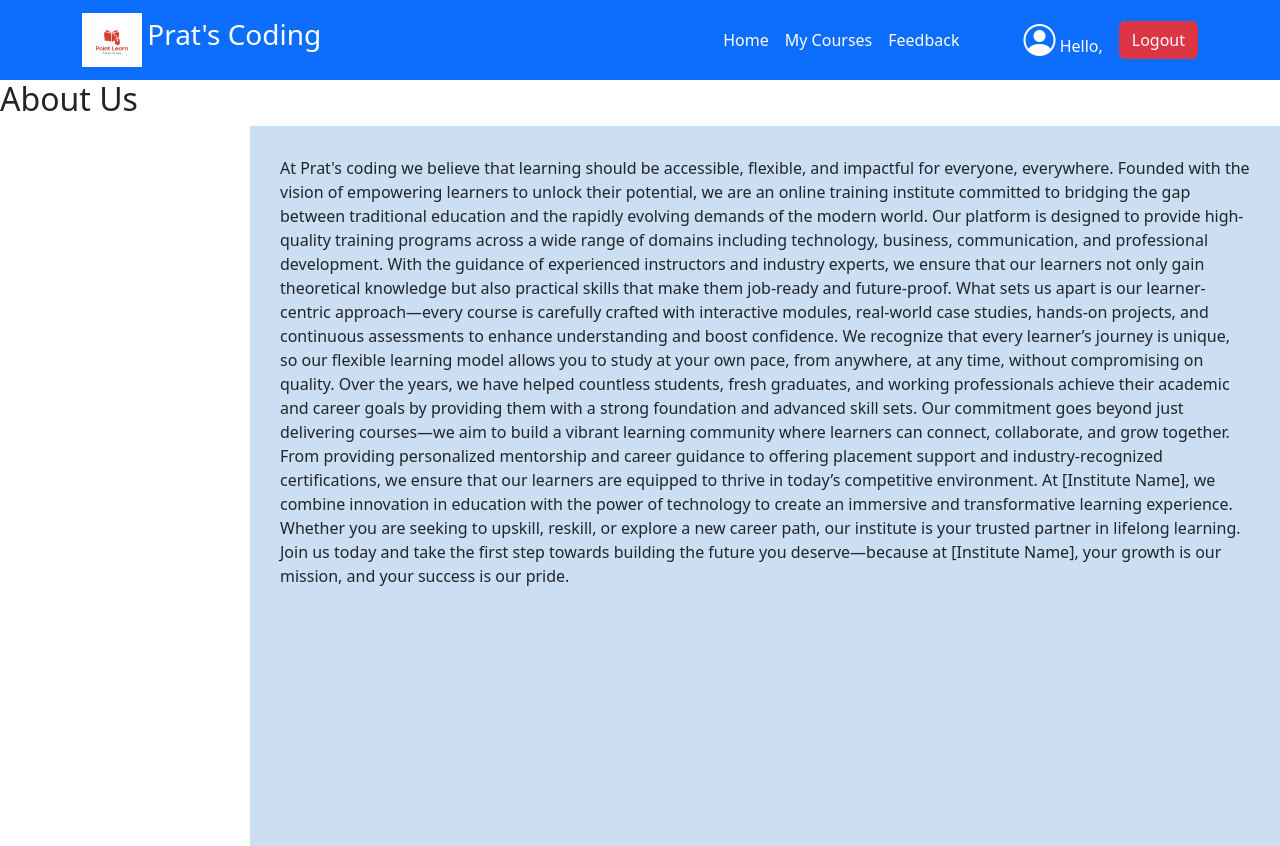
Repository: Pratikshae/OnlineLearningEPlatform
Page: http://localhost/about-us
The author's editor kept a copy of each file at every save. The page is drawn from the files as they stood at one save, then again after the next save.
The browser window is 1280 px wide. The pictures show the whole page.
The page is this project's Thymeleaf template; nobody is signed in. The template is opened directly, without the code that normally fills it, so the values that code supplies are empty.

Above is the page before, as saved 2025-09-22 09:07:48.

### EducationCRMProject/src/main/resources/templates/about-us.html
<!DOCTYPE html>
<html lang="en" xmlns:th="http://www.thymeleaf.org">
<head>
<meta charset="utf-8" />
<meta name="viewport" content="width=device-width, initial-scale=1" />
<title>About Us</title>
<link
	href="https://cdn.jsdelivr.net/npm/bootstrap@5.3.7/dist/css/bootstrap.min.css"
	rel="stylesheet"
	integrity="sha384-LN+7fdVzj6u52u30Kp6M/trliBMCMKTyK833zpbD+pXdCLuTusPj697FH4R/5mcr"
	crossorigin="anonymous" />

<link rel="stylesheet"
	href="https://cdn.jsdelivr.net/npm/bootstrap-icons@1.13.1/font/bootstrap-icons.min.css">
<link rel="stylesheet" th:href="@{/css/style.css}">

</head>
<body>
	<div th:replace="~{fragments/user-header :: u-header}"></div>
	<h2>About Us</h2>

	<div class="main-content">
		<p class="justify-content-center align-items-center">At Prat's coding we believe that learning should be
			accessible, flexible, and impactful for everyone, everywhere. Founded
			with the vision of empowering learners to unlock their potential, we
			are an online training institute committed to bridging the gap
			between traditional education and the rapidly evolving demands of the
			modern world. Our platform is designed to provide high-quality
			training programs across a wide range of domains including
			technology, business, communication, and professional development.
			With the guidance of experienced instructors and industry experts, we
			ensure that our learners not only gain theoretical knowledge but also
			practical skills that make them job-ready and future-proof. What sets
			us apart is our learner-centric approach—every course is carefully
			crafted with interactive modules, real-world case studies, hands-on
			projects, and continuous assessments to enhance understanding and
			boost confidence. We recognize that every learner’s journey is
			unique, so our flexible learning model allows you to study at your
			own pace, from anywhere, at any time, without compromising on
			quality. Over the years, we have helped countless students, fresh
			graduates, and working professionals achieve their academic and
			career goals by providing them with a strong foundation and advanced
			skill sets. Our commitment goes beyond just delivering courses—we aim
			to build a vibrant learning community where learners can connect,
			collaborate, and grow together. From providing personalized
			mentorship and career guidance to offering placement support and
			industry-recognized certifications, we ensure that our learners are
			equipped to thrive in today’s competitive environment. At [Institute
			Name], we combine innovation in education with the power of
			technology to create an immersive and transformative learning
			experience. Whether you are seeking to upskill, reskill, or explore a
			new career path, our institute is your trusted partner in lifelong
			learning. Join us today and take the first step towards building the
			future you deserve—because at [Institute Name], your growth is our
			mission, and your success is our pride.</p>
	</div>
</body>
</html>

### EducationCRMProject/src/main/resources/templates/fragments/user-header.html
<!-- fragments/header.html -->
<!DOCTYPE html>
<html xmlns:th="http://www.thymeleaf.org">
<body>
	<header th:fragment="u-header">
		<nav class="navbar navbar-expand-lg bg-primary">
			<div class="container">
				<a class="navbar-brand" href="/index"> <img
					src="images/logo.png" alt="Smart Programming Logo" width="60" /> <span
					class="h3 text-white">Prat's Coding</span>
				</a>
				<button class="navbar-toggler" type="button"
					data-bs-toggle="collapse" data-bs-target="#navbarSupportedContent"
					aria-controls="navbarSupportedContent" aria-expanded="false"
					aria-label="Toggle navigation">
					<span class="navbar-toggler-icon"></span>
				</button>
				<div class="collapse navbar-collapse" id="navbarSupportedContent">
					<ul class="navbar-nav ms-auto mb-2 mb-lg-0">
						<li class="nav-item"><a class="nav-link text-white"
							aria-current="page" href="/index">Home</a></li>
					</ul>
					<ul class="navbar-nav mb-2 mb-lg-0">
						<li class="nav-item"><a class="nav-link text-white"
							aria-current="page" href="/myCourses">My Courses</a></li>
					</ul>

					<ul class="navbar-nav mb-2 mb-lg-0">
						<li class="nav-item"><a class="nav-link text-white"
							aria-current="page" href="/provideFeedback">Feedback</a></li>
					</ul>

					<ul class="navbar-nav mb-2 mb-lg-0 ms-5">
						<li class="nav-item"><a class="nav-link text-white"
							aria-current="page" href="/userProfile"> <i
								class="bi bi-person-circle" style="font-size: 2rem;"></i> Hello,
								<span th:text="${sessionUser.name}"></span>
						</a></li>
					</ul>
					<a href="/login" class="btn btn-danger ms-2"> Logout </a>
				</div>
			</div>
		</nav>
	</header>
</body>
</html>

### EducationCRMProject/src/main/resources/static/css/style.css
.sidebar {
    width: 250px;
    background-color: black;
    position: fixed;
    top: 0;
    left: 0;
    height: 100%;
    z-index: 1000;   /* ensure it stays above content */
}

.sidebar .nav-link {
    color: white;
}
.sidebar .nav-link:hover {
	background-color: #1075e0;
}

.main-content {
    margin-left: 250px;
    width: calc(100% - 250px);
    padding: 30px;
    background:#cbdef2;
    min-height: 100vh;
    position: relative;
    z-index: 1;   /* ensure content sits beside, not behind */
}

After the next save:
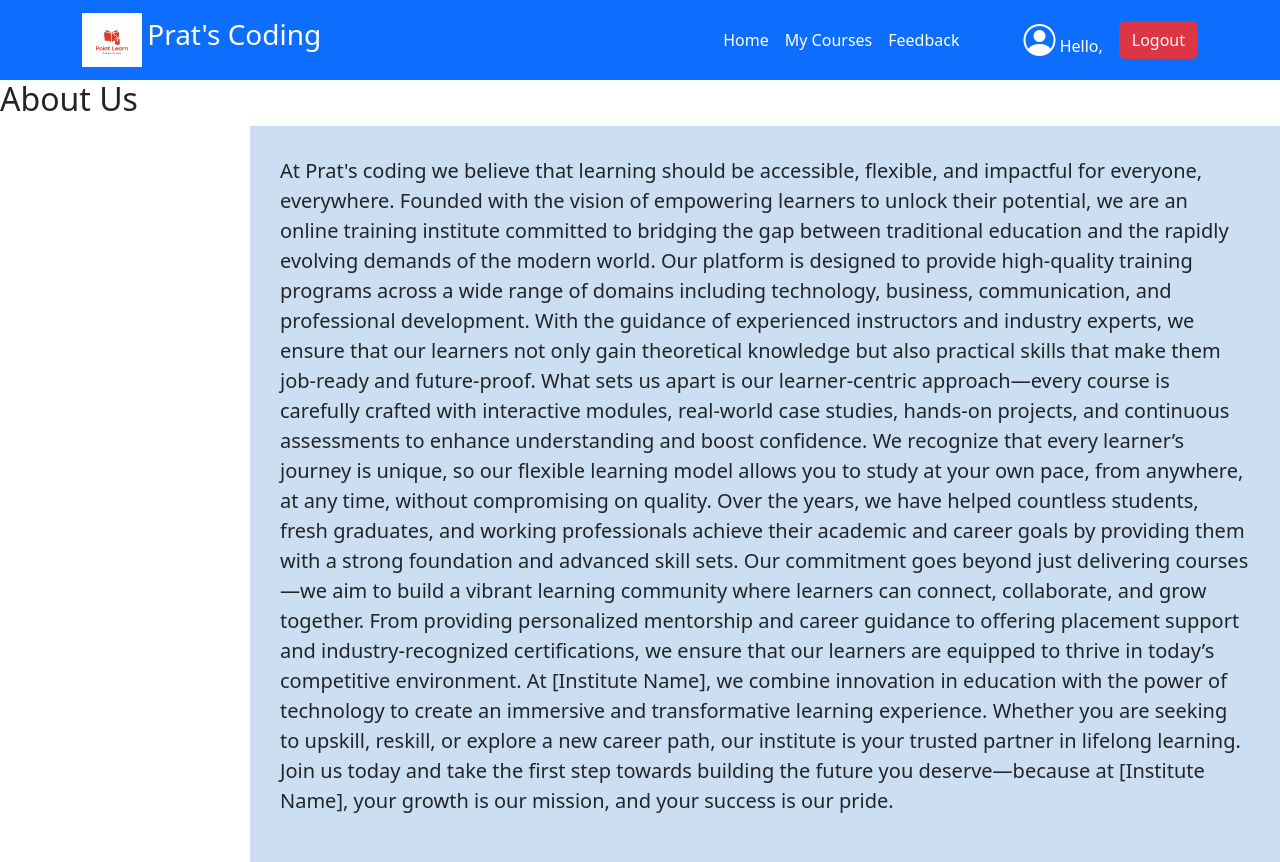
Saved 29 s later.
--- a/EducationCRMProject/src/main/resources/templates/about-us.html
+++ b/EducationCRMProject/src/main/resources/templates/about-us.html
@@ -20,7 +20,7 @@
 	<h2>About Us</h2>
 
 	<div class="main-content">
-		<p class="justify-content-center align-items-center">At Prat's coding we believe that learning should be
+		<p class="justify-content-center align-items-center" style="font-size: 20px;">At Prat's coding we believe that learning should be
 			accessible, flexible, and impactful for everyone, everywhere. Founded
 			with the vision of empowering learners to unlock their potential, we
 			are an online training institute committed to bridging the gap
